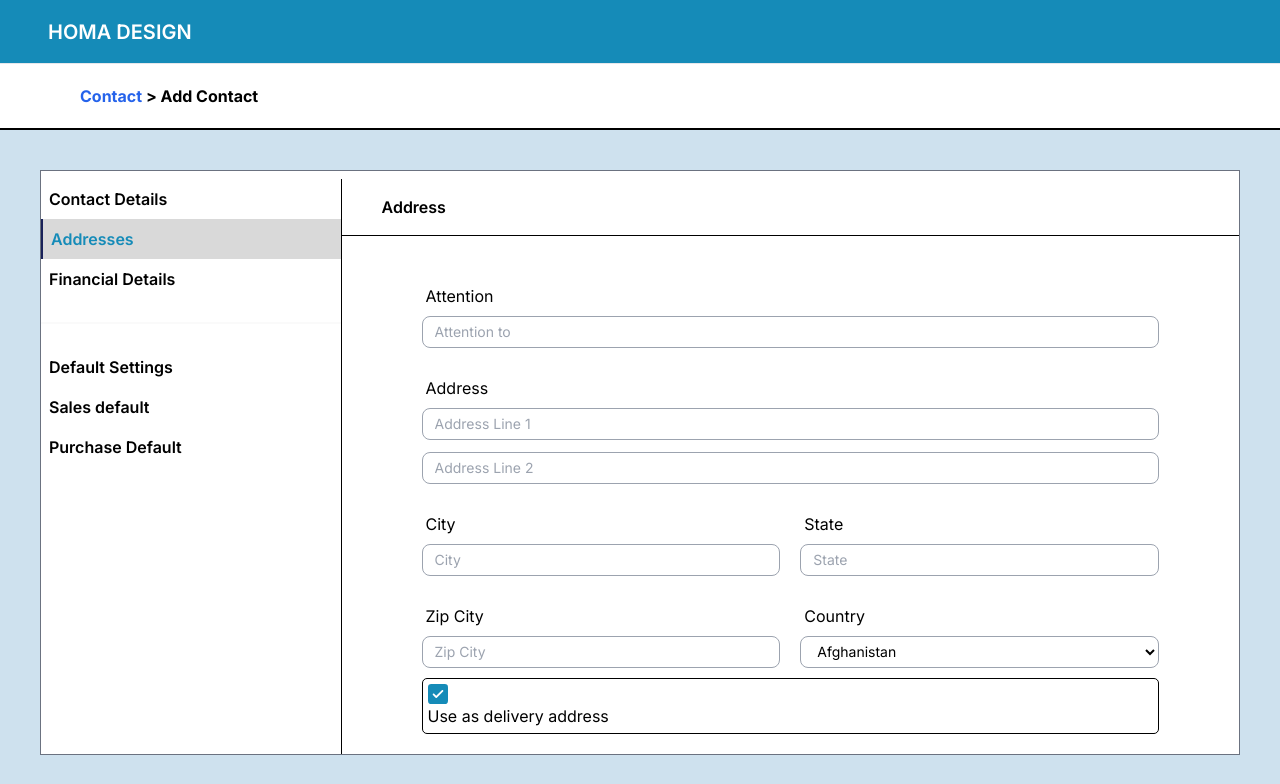
Repository: khairul35/homa-FE
Page: /contact
An editor plug-in stored every save of this project. The page is shown before and after the next save, followed by the edit.
The browser window is 1280 px wide. The pictures show the whole page.
The project was rebuilt for these pictures with package versions that can differ from the ones it lists, and the page was loaded fresh each time. The framework's server and built-in components were replaced by stand-ins that run in the browser. Also part of the build but not shown: next.config.js, app/components/layout/header/BusinessMenu.tsx, app/components/layout/header/CompanyMenu.tsx, app/contact/index.component.tsx, app/contact/form/contact-details/index.module.css, app/contact/form/contact-details/index.component.tsx, app/contact/form/contact-details/index.tsx.

Above is the page before, as saved 2024-01-07 21:20:00.

### app/layout.tsx
import type { Metadata } from 'next'
import { Inter } from 'next/font/google'
import Header from './components/layout/Header';
import './globals.css'

const inter = Inter({ subsets: ['latin'] })

export const metadata: Metadata = {
  title: 'MyAccount2U',
  description: 'Accounting System',
}

export default function RootLayout({
  children,
}: {
  children: React.ReactNode
}) {
  return (
    <html lang="en">
      <body className={inter.className}>
        <div className='flex flex-col h-screen'>
          <Header />
          {children}
        </div>
      </body>
    </html>
  )
}

### app/contact/page.tsx
'use client';
import { useState } from 'react';
import { ComponentProps, Contact } from './index.props';
import Component from './index.component';
import ContactForm from './form';
import { FormProps } from './form/index.props';

const emptySelectedContact: Contact = {
    id: null,
    name: '',
    accountNumber: '',
    youOwe: null,
    theyOwe: null,
    status: 'Active',
    type: 'Customers',
    website: null,
    registrationNumber: null,
    notes: null,
    isBillingSameAsDelivery: false,
    organizationId: null,
    contactPhoneNumber: [
        {
            countryCode: '+60',
            number: '',
        },
    ],
    contactPrimaryPerson: [
        {
            firstName: '',
            lastName: '',
            email: '',
        },
    ],
};

const Contact = () => {
    const [currentTab, setCurrentTab] = useState('all');
    const [show, setShow] = useState<'list'|'form'>('form');
    const [selectedContact, setSelectedContact] = useState<Partial<Contact>>(emptySelectedContact)
    const selectedStyle = {
        backgroundColor: '#ECECEC',
        borderBottom: '3px solid #158BB8',
    };

    const onClickAddContact = () => {
        setSelectedContact(emptySelectedContact)
        setShow('form');
    };

    // Function to handle changes in contact name or account number
    const handleContactChange = (e: React.ChangeEvent<HTMLInputElement>) => {
        const { name, value } = e.target;
        setSelectedContact({
            ...selectedContact,
            [name]: value,
        });
    };

    // Function to handle changes in primary person's details
    const handlePrimaryPersonChange = (index: number, field: string, value: string) => {
        const updatedPrimaryPersons = [...(selectedContact?.contactPrimaryPerson || [])];
        updatedPrimaryPersons[index] = {
            ...updatedPrimaryPersons[index],
            [field]: value,
        };
        setSelectedContact({
            ...selectedContact,
            contactPrimaryPerson: updatedPrimaryPersons,
        });
    };

    // Function to handle changes in phone number details
    const handlePhoneNumberChange = (index: number, field: string, value: string) => {
        const updatedPhoneNumbers = [...(selectedContact?.contactPhoneNumber || [])];
        updatedPhoneNumbers[index] = {
            ...updatedPhoneNumbers[index],
            [field]: value,
        };
        setSelectedContact({
            ...selectedContact,
            contactPhoneNumber: updatedPhoneNumbers,
        });
    };

    const onSaveDetail = () => {
        console.log(selectedContact);
    };

    const onCancel = () => {
        setShow('list');
    };

    const componentProps: ComponentProps = {
        currentTab,
        selectedStyle,
        setCurrentTab,
        onClickAddContact
    };

    const contactFormProps: FormProps = {
        selectedContact,
        setSelectedContact,
        setShow,
        handleContactChange,
        handlePrimaryPersonChange,
        handlePhoneNumberChange,
        onSaveDetail,
        onCancel,
    };

    if (show == 'list') {
        return (<Component {...componentProps} />);
    }
    if (show == 'form') {
        return (<ContactForm {...contactFormProps} />);
    }
    return(<></>);
};

export default Contact;

### app/contact/form/index.tsx
'use client';

import { useState } from "react";
import Component from "./index.component";
import { ComponentProps, FormProps } from "./index.props";

const ContactForm = (props: FormProps) => {
    const {
        selectedContact,
        setShow,
        setSelectedContact,
        handleContactChange,
        handlePrimaryPersonChange,
        handlePhoneNumberChange,
        onSaveDetail,
        onCancel,
    } = props;

    const [menu, setMenu] = useState<string>('address');

    const onBack = () => {
        setShow('list');
    };

    const addAnotherPerson = () => {
        const arr = selectedContact?.contactPrimaryPerson || [];
        arr.push({
            firstName: '',
            lastName: '',
            email: '',
        });
        const updatedDetail = {
            ...selectedContact,
            ...arr
        };
        setSelectedContact(updatedDetail);
    };

    const addPhoneNumber = () => {
        const arr = selectedContact?.contactPhoneNumber || [];
        arr.push({
            countryCode: '+60',
            number: '',
        });
        const updatedDetail = {
            ...selectedContact,
            ...arr
        };
        setSelectedContact(updatedDetail);
    };
    const componentProps: ComponentProps = {
        menu,
        selectedContact,
        addAnotherPerson,
        addPhoneNumber,
        setMenu,
        onBack,
        handleContactChange,
        handlePrimaryPersonChange,
        handlePhoneNumberChange,
        onSaveDetail,
        onCancel,
    };

    return (<Component {...componentProps} />)
};

export default ContactForm;

### api/organization/index.ts
import repository from "../repository";
import { CreateOrganizationProps, UpdateOrganizationProps } from "./props";

const resource = '/api/organization';

const api = {
    findMyOrganization() {
        return repository.get(`${resource}/me`);
    },
    findMyOrganizations() {
        return repository.get(`${resource}/me/all`);
    },
    createOrganization(body: CreateOrganizationProps) {
        return repository.post(`${resource}`, body);
    },
    updateOrganization(body: UpdateOrganizationProps) {
        return repository.put(`${resource}`, body);
    },
    updateCurrentOrganization(organizationId: number) {
        return repository.put(`${resource}/current-organization/${organizationId}`);
    },
};

export default api;

### app/contact/form/index.component.tsx
import { ComponentProps } from "./index.props"
import styles from './index.module.css';
import ContactDetails from "./contact-details";
import { ContactDetailProps } from "./contact-details/index.props";
import { ContactAddressProps } from "./address/index.props";
import ContactAddress from "./address";

const Component = (props: ComponentProps) => {
    const {
        menu,
        selectedContact,
        addAnotherPerson,
        addPhoneNumber,
        setMenu,
        onBack,
        handleContactChange,
        handlePrimaryPersonChange,
        handlePhoneNumberChange,
        onSaveDetail,
        onCancel,
    } = props;

    const contactDetailProps: ContactDetailProps = {
        contact: selectedContact,
        addAnotherPerson,
        addPhoneNumber,
        handleContactChange,
        handlePrimaryPersonChange,
        handlePhoneNumberChange,
        onSaveDetail,
        onCancel,
    };

    const contactAddressProps: ContactAddressProps = {
        onCancel,
    };

    const DetailComponent = () => {
        if (menu == 'details') {
            return (
                <>
                    <ContactDetails { ...contactDetailProps } />
                </>
            );
        }
        if (menu == 'address') {
            return (
                <>
                    <ContactAddress { ...contactAddressProps } />
                </>
            );
        }
        return (<></>)
    }

    return (
        <div className="bg-bg-color min-h-screen overflow-auto pb-5">
            <div className="bg-white border-b-2 border-black">
                <h1 className="pl-20 pt-5 pb-5 text-l font-bold">
                    <a
                        className="text-blue-600 cursor-pointer"
                        onClick={() => onBack()}
                    >
                        Contact
                    </a>
                    &nbsp;&gt; {selectedContact?.id ? selectedContact.name : 'Add Contact'}
                </h1>
            </div>
            <div
                className="flex
                    flex-col
                    md:flex-row
                    bg-white
                    m-10
                    pt-2
                    border-gray-500
                    border-solid
                    border"
                >
                <div className="md:w-1/4 md:order-1">
                    <div
                        className={`p-2 font-semibold cursor-pointer
                            ${styles.menu}
                            ${menu == 'details' ? styles.selectedMenu : ''}`
                        }
                        onClick={() => setMenu('details')}
                    >
                        Contact Details
                    </div>
                    <div
                        className={`p-2 font-semibold cursor-pointer
                            ${styles.menu}
                            ${menu == 'address' ? styles.selectedMenu : ''}`
                        }
                        onClick={() => setMenu('address')}
                    >
                        Addresses
                    </div>
                    <div
                        className={`p-2 font-semibold cursor-pointer
                            ${styles.menu}
                            ${menu == 'financial' ? styles.selectedMenu : ''}`
                        }
                        onClick={() => setMenu('financial')}
                    >
                        Financial Details
                    </div>
                    <div className="divider before:bg--gray-500 after:bg--gray-500"></div>
                    <div
                        className={`p-2 font-semibold cursor-pointer
                            ${styles.menu}
                            ${menu == 'setting' ? styles.selectedMenu : ''}`
                        }
                        onClick={() => setMenu('setting')}
                    >
                        Default Settings
                    </div>
                    <div
                        className={`p-2 font-semibold cursor-pointer
                            ${styles.menu}
                            ${menu == 'sales' ? styles.selectedMenu : ''}`
                        }
                        onClick={() => setMenu('sales')}
                    >
                        Sales default
                    </div>
                    <div
                        className={`p-2 font-semibold cursor-pointer
                            ${styles.menu}
                            ${menu == 'purchase' ? styles.selectedMenu : ''}`
                        }
                        onClick={() => setMenu('purchase')}
                    >
                        Purchase Default
                    </div>
                </div>
                <div className={`md:w-3/4 md:order-2 ${styles.leftDivider}`}>
                    <DetailComponent />
                </div>
            </div>
        </div>
    );
};

export default Component;

### api/repository.ts
import axios from 'axios';
import AuthRepository from './auth';

const repository = axios.create({
    baseURL: 'http://localhost:3000',
});

// Request interceptor to add Bearer token to outgoing requests
repository.interceptors.request.use(
    (config) => {
        const accessToken = localStorage.getItem('accessToken');
        if (accessToken) {
            config.headers.Authorization = `Bearer ${accessToken}`;
        }
        return config;
    },
    (error) => {
        return Promise.reject(error);
    }
);

let isRefreshing = false;
let failedQueue: any = [];

// Function to refresh the session and retry failed requests
async function retryFailedRequests(error: any) {
    if (isRefreshing) {
        try {
            const { data } = await AuthRepository.refreshToken();
            localStorage.setItem('accessToken', data.accessToken);
            localStorage.setItem('refreshToken', data.refreshToken);
            localStorage.setItem('isLogin', 'true');
            failedQueue.forEach((prom: any) => {
                prom.resolve(repository(prom.originalRequest));
            });
            failedQueue = [];
        } catch (error) {
            localStorage.setItem('isLogin', 'false');
            window.location.href = '/login';
            failedQueue.forEach((prom: any) => {
                prom.reject(error);
            });
            failedQueue = [];
        } finally {
            isRefreshing = false;
        }
    }
}

// Response interceptor to handle failed requests due to expired tokens
repository.interceptors.response.use(
    (response) => response,
    async (error) => {
        const {
            config,
            response: { status },
        } = error;

        if (status === 401) {
            const originalRequest = config;
            if (!isRefreshing) {
                isRefreshing = true;
                return new Promise((resolve, reject) => {
                    failedQueue.push({ resolve, reject, originalRequest });
                    retryFailedRequests(error);
                }).then((res) => {
                    return res;
                }).catch((err) => {
                    return Promise.reject(err);
                });
            } else {
                return new Promise((resolve, reject) => {
                    failedQueue.push({ resolve, reject, originalRequest });
                }).then((res) => {
                    return res;
                }).catch((err) => {
                    return Promise.reject(err);
                });
            }
        }
        return Promise.reject(error.response);
    }
);

export default repository;

### app/contact/form/index.module.css
.selectedMenu {
    background: #D9D9D9;
    color: #158BB8;
    border-left: 2px solid #192159 !important;
}

.menu:hover {
    background: #ececec;
    color: #158BB8;
    border-left: 2px solid #192059a1 !important;
}

.leftDivider {
    border-left: 1px solid #000;
}

### app/contact/form/address/index.tsx
'use client';

import Component from "./index.component";
import { ComponentProps, ContactAddressProps } from "./index.props";

const ContactAddress = (props: ContactAddressProps) => {
    const { onCancel } = props;

    const componentProps: ComponentProps = {
        onCancel,
    };

    return <Component {...componentProps} />
};

export default ContactAddress;

### api/auth.ts
import repository from "./repository";

const resource = "/api/auth";

const api = {
    login(username: string, password: string) {
        return repository.post(
            `${resource}/login`,
            { username, password },
        );
    },
    refreshToken() {
        return repository.post(
            `${resource}/refreshToken`,
            { refreshToken: localStorage.getItem('refreshToken') },
        );
    },
    logout() {
        return repository.post(`${resource}/logout`);
    },
    logoutAllDevice() {
        return repository.post(`${resource}/logout/all-device`);
    },
};

export default api;

### app/contact/form/address/index.component.tsx
import { ComponentProps } from "./index.props";
import styles from './index.module.css';
import countries from '@/constant/Country.json';

const Component = (props: ComponentProps) => {
    const { onCancel } = props;

    const labelClass = "input-sm input input-bordered  bg-white border-gray-400 w-full"

    const FakeCheckBox = () => {
        return (
            <svg xmlns="http://www.w3.org/2000/svg" width="20" height="20" viewBox="0 0 30 30" fill="none">
                <rect width="30" height="30" rx="5" fill="#158BB8"/>
                <path fill-rule="evenodd" clip-rule="evenodd" d="M21.6894 9C21.3155 9 20.9817 9.14689 20.7413 9.38727L12.3416 17.8003L9.28354 14.7289C9.04316 14.4885 8.70931 14.3416 8.3354 14.3416C7.60093 14.3416 7 14.9425 7 15.677C7 16.0509 7.14689 16.3848 7.38727 16.6251L11.3935 20.6313C11.6338 20.8717 11.9677 21.0186 12.3416 21.0186C12.7155 21.0186 13.0494 20.8717 13.2897 20.6313L22.6376 11.2835C22.8779 11.0432 23.0248 10.7093 23.0248 10.3354C23.0248 9.60093 22.4239 9 21.6894 9Z" fill="white"/>
            </svg>
        );
    };

    const FakeEmptyCheckBox = () => {
        return (
            <svg xmlns="http://www.w3.org/2000/svg" width="20" height="20" viewBox="0 0 30 30" fill="none">
                <rect width="30" height="30" rx="5" fill="#158BB8"/>
            </svg>
        );
    };

    return (
        <div>
            <h2 className="p-4 pl-10 font-semibold">Address</h2>
            <div className={styles.divider}></div>
            <div className="p-5 lg:pl-20 lg:pr-20">
                <form method="dialog">
                    <label className="label mt-5">Attention</label>
                    <input
                        placeholder="Attention to"
                        className={labelClass}
                    />

                    <label className="label mt-5">Address</label>
                    <input
                        placeholder="Address Line 1"
                        className={labelClass}
                    />
                    <input
                        placeholder="Address Line 2"
                        className={`mt-3 ${labelClass}`}
                    />
                    <div className="flex flex-wrap justify-center md:justify-start gap-5">
                        <div className="w-full md:w-[calc(50%-10px)]">
                            <label className="label mt-5">City</label>
                            <input
                                placeholder="City"
                                className={labelClass}
                            />
                        </div>
                        <div className="w-full md:w-[calc(50%-10px)]">
                            <label className="label mt-5">State</label>
                            <input
                                placeholder="State"
                                className={labelClass}
                            />
                        </div>
                    </div>
                    <div className="flex flex-wrap justify-center md:justify-start gap-5">
                        <div className="w-full md:w-[calc(50%-10px)]">
                            <label className="label mt-5">Zip City</label>
                            <input
                                placeholder="Zip City"
                                className={labelClass}
                            />
                        </div>
                        <div className="w-full md:w-[calc(50%-10px)]">
                            <label className="label mt-5">Country</label>
                                <select
                                    placeholder="Country"
                                    className={labelClass}
                                >
                                    {
                                        countries.map((e) => (
                                            <option key={e.isoCode} value={e.name}>
                                                { e.name }
                                            </option>
                                        ))
                                    }
                                </select>
                        </div>
                    </div>
                    <div className={styles.billingIsDeliveryCheckBox}>
                        <FakeCheckBox />
                        Use as delivery address
                    </div>
                </form>
            </div>
        </div>
    )
};

export default Component;

### app/contact/form/address/index.module.css
.divider {
    border-bottom: 1px solid #000;
}

.addAnotherPersonAnchor {
    color: #158BB8;
    padding: 5px;
    margin-top: 20px;
    cursor: pointer;
    font-weight: bold;
}

.billingIsDeliveryCheckBox {
    border-radius: 5px;
    border: 1px solid #000;
    background: #FFF;
    margin-top: 10px;
    padding: 5px;
}

### tailwind.config.ts
import type { Config } from 'tailwindcss'

const config: Config = {
  content: [
    './pages/**/*.{js,ts,jsx,tsx,mdx}',
    './components/**/*.{js,ts,jsx,tsx,mdx}',
    './app/**/*.{js,ts,jsx,tsx,mdx}',
  ],
  theme: {
    extend: {
      backgroundImage: {
        'gradient-radial': 'radial-gradient(var(--tw-gradient-stops))',
        'gradient-conic':
          'conic-gradient(from 180deg at 50% 50%, var(--tw-gradient-stops))',
      },
      backgroundColor: {
        'bg-color': '#CEE1EE', // Define a custom background color class
      },
      button: {
        'primary': '#158BB8',
      },
      fontWeight: {
        'label': '600',
      },
    },
  },
  plugins: [require("daisyui")],
  daisyui: {
    themes: [
      {
        mytheme: {
          "primary": "#158BB8",
          "secondary": "#d926a9",
          "accent": "#1fb2a6",
          "neutral": "#2a323c",
          "base-100": "#1d232a",
          "info": "#3abff8",
          "success": "#36d399",
          "warning": "#fbbd23",
          "error": "#f87272",
        },
      },
    ],
  },
}
export default config

Loaded but not shown: app/globals.css (common file); constant/Country.json (4142 lines, source omitted); app/components/layout/Header.tsx (150 lines, source omitted)

After the next save:
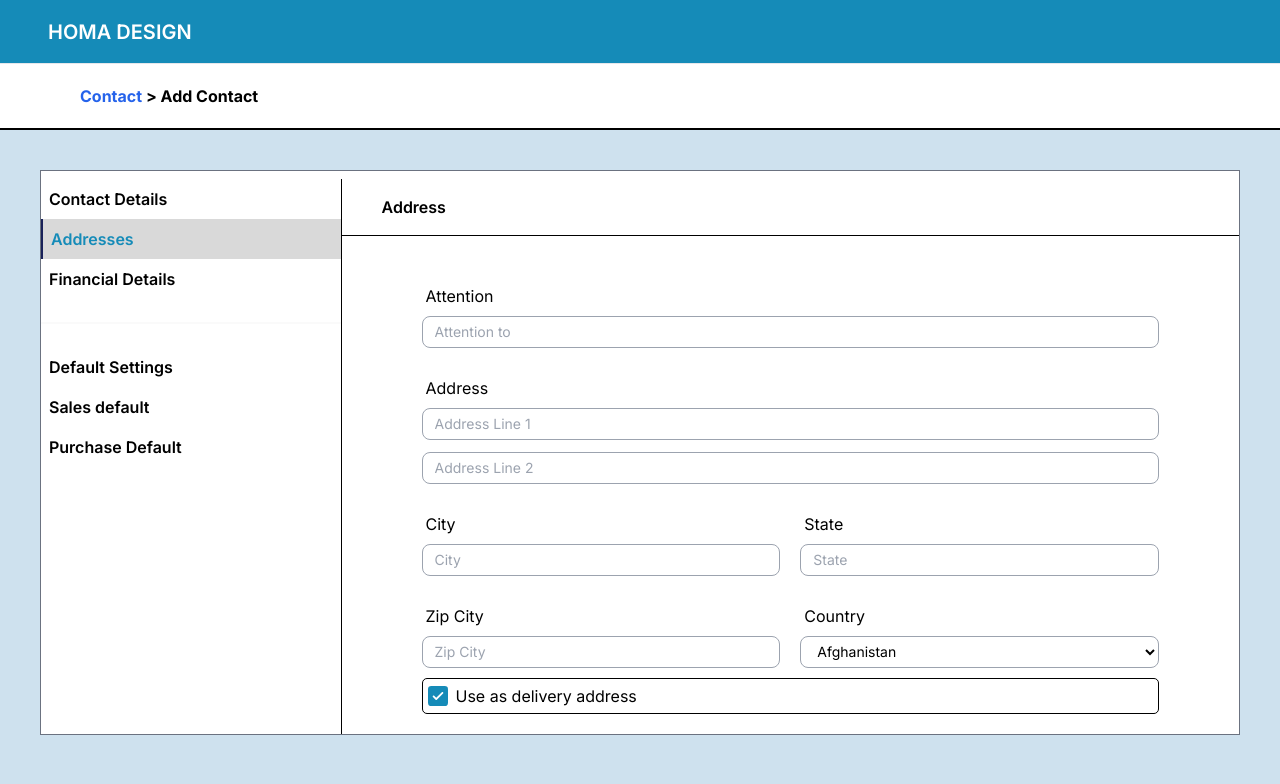
Saved 110 s later.
--- a/app/contact/form/address/index.component.tsx
+++ b/app/contact/form/address/index.component.tsx
@@ -86,8 +86,10 @@ const Component = (props: ComponentProps) => {
                         </div>
                     </div>
                     <div className={styles.billingIsDeliveryCheckBox}>
-                        <FakeCheckBox />
-                        Use as delivery address
+                        <label className="flex items-center">
+                            <FakeCheckBox /> {/* Your custom checkbox component */}
+                            <span className="ml-2">Use as delivery address</span>
+                        </label>
                     </div>
                 </form>
             </div>
